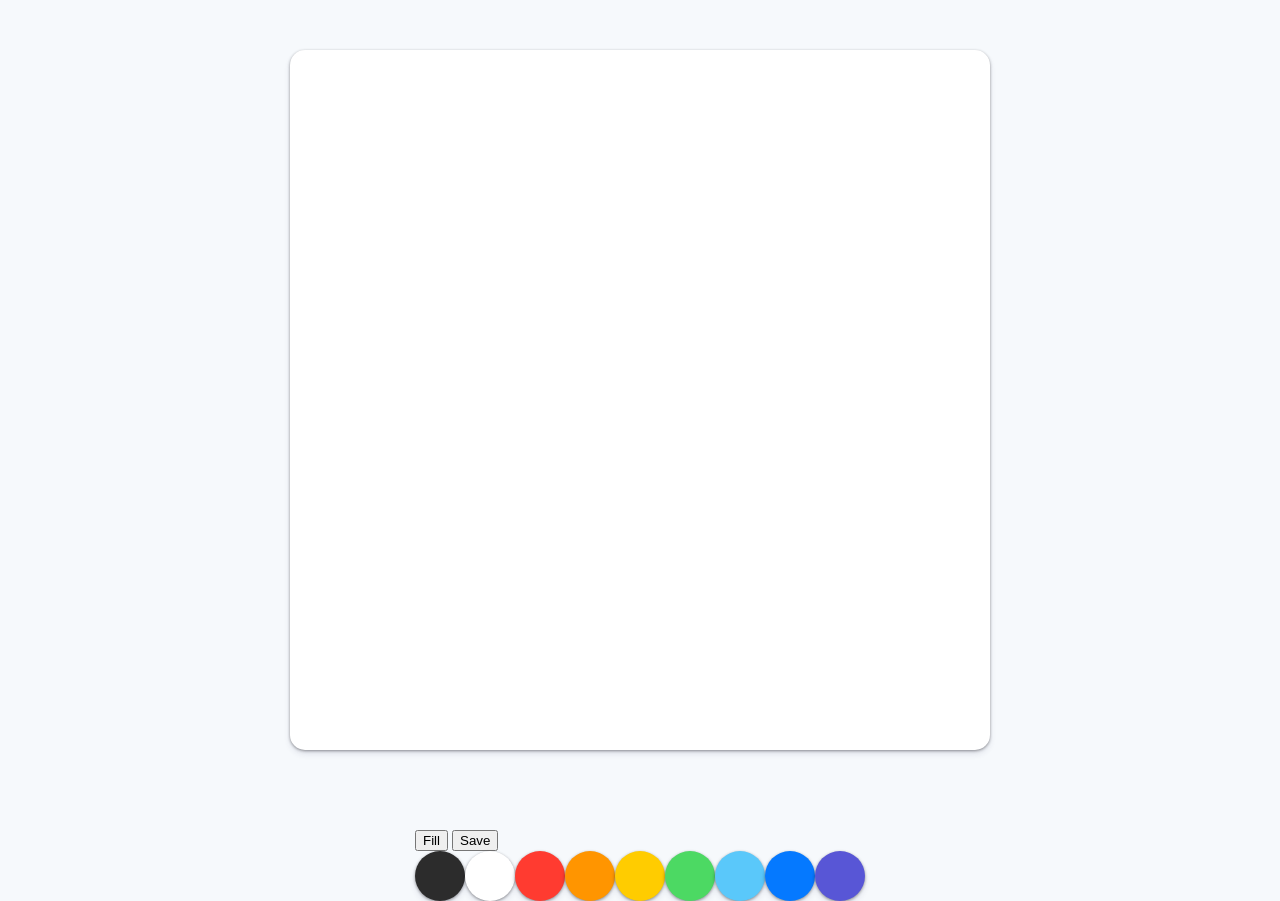
Repository: haleyjung/paintjs
Page: index.html
The author's editor kept a copy of each file at every save. The page is drawn from the files as they stood at one save, then again after the next save.
The browser window is 1280 px wide. The pictures show the whole page.

Above is the page before, as saved 2020-11-24 22:43:57.

### index.html
<!DOCTYPE html>
<html lang="en">
<head>
    <meta charset="UTF-8">
    <meta name="viewport" content="width=device-width, initial-scale=1.0">
    <link rel="stylesheet" href="style.css" />
    <title>PaintJS</title>
</head>
<body>

    <canvas id="jsCanvas" class="canvas"></canvas>

    <div class="controls">

        <!-- Buttons -->
        <div class="controls__btns">
            <button id="jsMode">Fill</button>
            <button id="jsSave">Save</button>
        </div>

        <!-- Paint -->
        <div class="controls__colors" id="jsColors">
            <div class="controls__color" style="background-color:#2c2c2c"></div>
            <div class="controls__color" style="background-color:white"></div>
            <div class="controls__color" style="background-color:#ff3b30"></div>
            <div class="controls__color" style="background-color:#ff9500"></div>
            <div class="controls__color" style="background-color:#ffcc00"></div>
            <div class="controls__color" style="background-color:#4cd963"></div>
            <div class="controls__color" style="background-color:#5ac8fa"></div>
            <div class="controls__color" style="background-color:#0579ff"></div>
            <div class="controls__color" style="background-color:#5856d6"></div>
        </div>

    </div>

    <script src="app.js"></script>
</body>
</html>

### style.css
@import "reset.css";
@import url("https://fonts.googleapis.com/css2?family=Roboto:wght@300;400;500;700&display=swap");

body {
  background-color: #f6f9fc;
  font-family: "Roboto", sans-serif;
  display: flex;
  flex-direction: column;
  align-items: center;
  padding-top: 50px;
}

.canvas {
  width: 700px;
  height: 700px;
  background-color: white;
  border-radius: 15px;
  box-shadow: 0 4px 6px rgba(50, 50, 93, 0.11), 0 1px 3px rgba(0, 0, 0, 0.4);
}

.controls {
  margin-top: 80px;
}

.controls .controls__colors {
  display: flex;
}

.controls__colors .controls__color {
  width: 50px;
  height: 50px;
  border-radius: 50%;
  cursor: pointer;
  box-shadow: 0 4px 6px rgba(50, 50, 93, 0.11), 0 1px 3px rgba(0, 0, 0, 0.4);
}

Loaded but not shown: reset.css (common file); app.js (no copy from this time; the picture is the same without it)

After the next save:
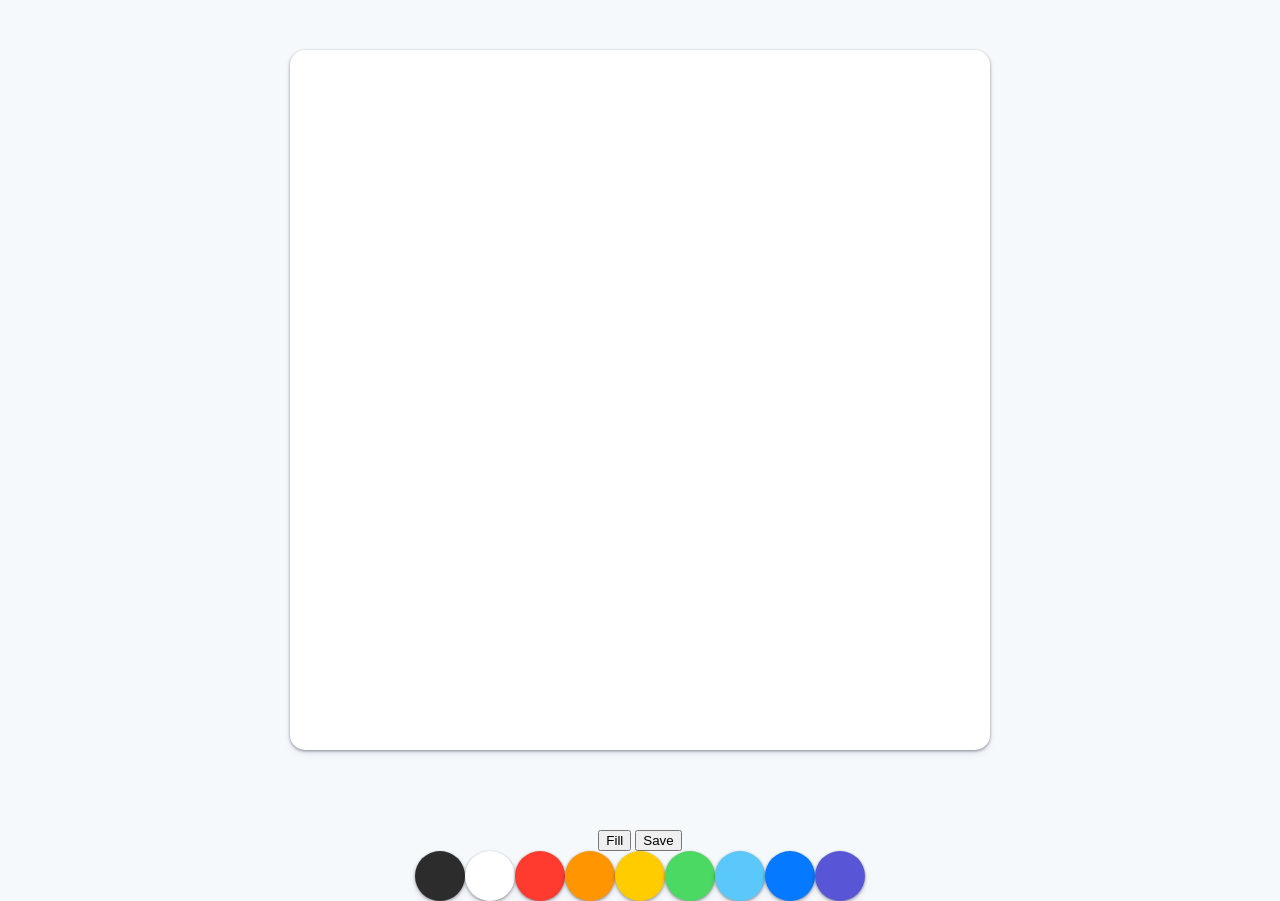
Saved 17 s later.
--- a/style.css
+++ b/style.css
@@ -20,6 +20,9 @@ body {
 
 .controls {
   margin-top: 80px;
+  display: flex;
+  flex-direction: column;
+  align-items: center;
 }
 
 .controls .controls__colors {
